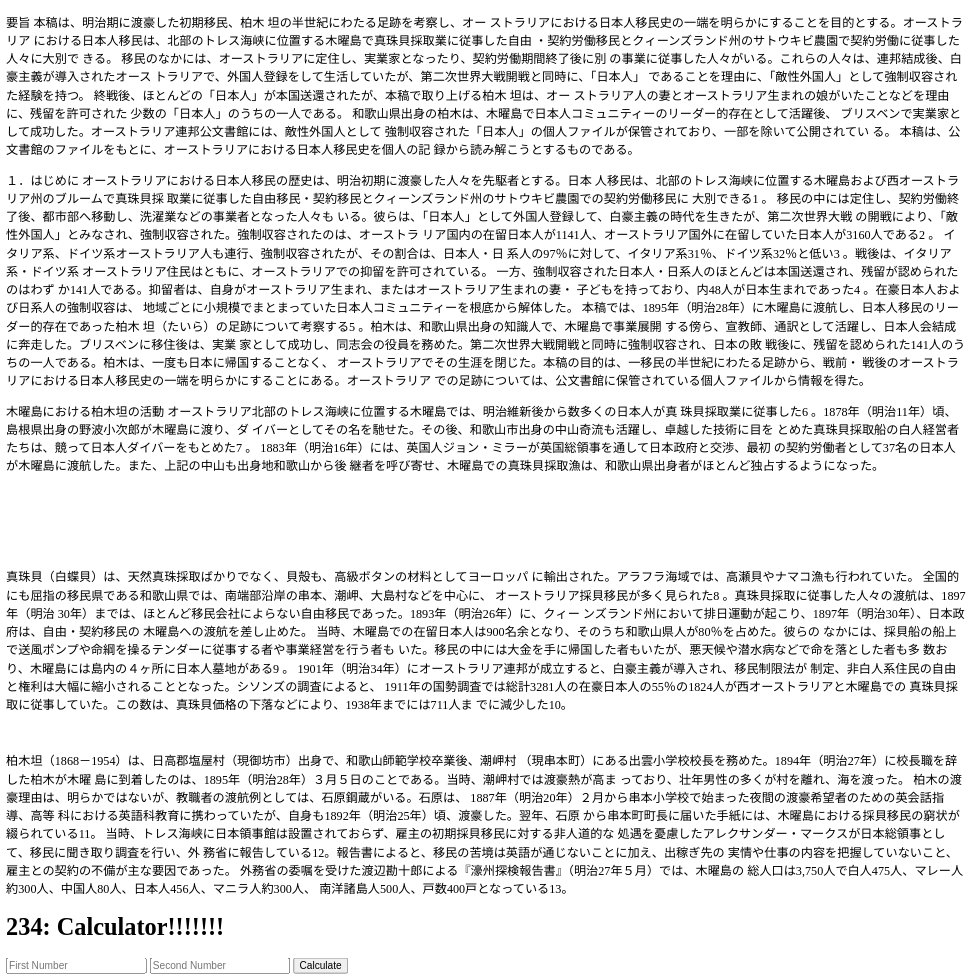
Repository: yoriss67/Folder-The-Complete-2023Web-Development-Bootcamp
Page: Calculator/index.html
These files come from the project's save history. The page is drawn as it stood at one moment and after the next save; the edit follows.
The browser window is 1280 px wide. The pictures show the whole page, at 76% of full size.

Above is the page before, as saved 2022-12-22 15:56:36.

### Calculator/index.html
<!DOCTYPE html>
<html lang="en">
<head>
    <meta charset="UTF-8">
    <meta http-equiv="X-UA-Compatible" content="IE=edge">
    <meta name="viewport" content="width=device-width, initial-scale=1.0">
    <title>Calculator</title>
</head>
<body>

    <p>要旨 本稿は、明治期に渡豪した初期移民、柏木 坦の半世紀にわたる足跡を考察し、オー
        ストラリアにおける日本人移民史の一端を明らかにすることを目的とする。オーストラリア
        における日本人移民は、北部のトレス海峡に位置する木曜島で真珠貝採取業に従事した自由
        ・契約労働移民とクィーンズランド州のサトウキビ農園で契約労働に従事した人々に大別で
        きる。
         移民のなかには、オーストラリアに定住し、実業家となったり、契約労働期間終了後に別
        の事業に従事した人々がいる。これらの人々は、連邦結成後、白豪主義が導入されたオース
        トラリアで、外国人登録をして生活していたが、第二次世界大戦開戦と同時に、「日本人」
        であることを理由に、「敵性外国人」として強制収容された経験を持つ。
         終戦後、ほとんどの「日本人」が本国送還されたが、本稿で取り上げる柏木 坦は、オー
        ストラリア人の妻とオーストラリア生まれの娘がいたことなどを理由に、残留を許可された
        少数の「日本人」のうちの一人である。
         和歌山県出身の柏木は、木曜島で日本人コミュニティーのリーダー的存在として活躍後、
        ブリスベンで実業家として成功した。オーストラリア連邦公文書館には、敵性外国人として
        強制収容された「日本人」の個人ファイルが保管されており、一部を除いて公開されてい
        る。
         本稿は、公文書館のファイルをもとに、オーストラリアにおける日本人移民史を個人の記
        録から読み解こうとするものである。 </p>


        <p>１．はじめに
            オーストラリアにおける日本人移民の歴史は、明治初期に渡豪した人々を先駆者とする。日本
           人移民は、北部のトレス海峡に位置する木曜島および西オーストラリア州のブルームで真珠貝採
           取業に従事した自由移民・契約移民とクィーンズランド州のサトウキビ農園での契約労働移民に
           大別できる1
           。
            移民の中には定住し、契約労働終了後、都市部へ移動し、洗濯業などの事業者となった人々も
           いる。彼らは、「日本人」として外国人登録して、白豪主義の時代を生きたが、第二次世界大戦
           の開戦により、「敵性外国人」とみなされ、強制収容された。強制収容されたのは、オーストラ
           リア国内の在留日本人が1141人、オーストラリア国外に在留していた日本人が3160人である2
           。
            イタリア系、ドイツ系オーストラリア人も連行、強制収容されたが、その割合は、日本人・日
           系人の97％に対して、イタリア系31％、ドイツ系32％と低い3
           。戦後は、イタリア系・ドイツ系
           オーストラリア住民はともに、オーストラリアでの抑留を許可されている。
            一方、強制収容された日本人・日系人のほとんどは本国送還され、残留が認められたのはわず
           か141人である。抑留者は、自身がオーストラリア生まれ、またはオーストラリア生まれの妻・
           子どもを持っており、内48人が日本生まれであった4
           。在豪日本人および日系人の強制収容は、
           地域ごとに小規模でまとまっていた日本人コミュニティーを根底から解体した。
            本稿では、1895年（明治28年）に木曜島に渡航し、日本人移民のリーダー的存在であった柏木
           坦（たいら）の足跡について考察する5
           。柏木は、和歌山県出身の知識人で、木曜島で事業展開
           する傍ら、宣教師、通訳として活躍し、日本人会結成に奔走した。ブリスベンに移住後は、実業
           家として成功し、同志会の役員を務めた。第二次世界大戦開戦と同時に強制収容され、日本の敗
           戦後に、残留を認められた141人のうちの一人である。柏木は、一度も日本に帰国することなく、
           オーストラリアでその生涯を閉じた。本稿の目的は、一移民の半世紀にわたる足跡から、戦前・
           戦後のオーストラリアにおける日本人移民史の一端を明らかにすることにある。オーストラリア
           での足跡については、公文書館に保管されている個人ファイルから情報を得た。 </p>

    <p>木曜島における柏木坦の活動
        オーストラリア北部のトレス海峡に位置する木曜島では、明治維新後から数多くの日本人が真
       珠貝採取業に従事した6
       。1878年（明治11年）頃、島根県出身の野波小次郎が木曜島に渡り、ダ
       イバーとしてその名を馳せた。その後、和歌山市出身の中山奇流も活躍し、卓越した技術に目を
       とめた真珠貝採取船の白人経営者たちは、競って日本人ダイバーをもとめた7
       。
        1883年（明治16年）には、英国人ジョン・ミラーが英国総領事を通して日本政府と交渉、最初
       の契約労働者として37名の日本人が木曜島に渡航した。また、上記の中山も出身地和歌山から後
       継者を呼び寄せ、木曜島での真珠貝採取漁は、和歌山県出身者がほとんど独占するようになった。</p>






<br><br><br><br><br>


       <p>真珠貝（白蝶貝）は、天然真珠採取ばかりでなく、貝殻も、高級ボタンの材料としてヨーロッパ
        に輸出された。アラフラ海域では、高瀬貝やナマコ漁も行われていた。
         全国的にも屈指の移民県である和歌山県では、南端部沿岸の串本、潮岬、大島村などを中心に、
        オーストラリア採貝移民が多く見られた8
        。真珠貝採取に従事した人々の渡航は、1897年（明治
        30年）までは、ほとんど移民会社によらない自由移民であった。1893年（明治26年）に、クィー
        ンズランド州において排日運動が起こり、1897年（明治30年）、日本政府は、自由・契約移民の
        木曜島への渡航を差し止めた。
         当時、木曜島での在留日本人は900名余となり、そのうち和歌山県人が80％を占めた。彼らの
        なかには、採貝船の船上で送風ポンプや命綱を操るテンダーに従事する者や事業経営を行う者も
        いた。移民の中には大金を手に帰国した者もいたが、悪天候や潜水病などで命を落とした者も多
        数おり、木曜島には島内の４ヶ所に日本人墓地がある9
        。
         1901年（明治34年）にオーストラリア連邦が成立すると、白豪主義が導入され、移民制限法が
        制定、非白人系住民の自由と権利は大幅に縮小されることとなった。シソンズの調査によると、
        1911年の国勢調査では総計3281人の在豪日本人の55％の1824人が西オーストラリアと木曜島での
        真珠貝採取に従事していた。この数は、真珠貝価格の下落などにより、1938年までには711人ま
        でに減少した10。 </p>

        <br>
        <p>柏木坦（1868－1954）は、日高郡塩屋村（現御坊市）出身で、和歌山師範学校卒業後、潮岬村
            （現串本町）にある出雲小学校校長を務めた。1894年（明治27年）に校長職を辞した柏木が木曜
            島に到着したのは、1895年（明治28年）３月５日のことである。当時、潮岬村では渡豪熱が高ま
            っており、壮年男性の多くが村を離れ、海を渡った。
             柏木の渡豪理由は、明らかではないが、教職者の渡航例としては、石原鋼蔵がいる。石原は、
            1887年（明治20年）２月から串本小学校で始まった夜間の渡豪希望者のための英会話指導、高等
            科における英語科教育に携わっていたが、自身も1892年（明治25年）頃、渡豪した。翌年、石原
            から串本町町長に届いた手紙には、木曜島における採貝移民の窮状が綴られている11。
             当時、トレス海峡に日本領事館は設置されておらず、雇主の初期採貝移民に対する非人道的な
            処遇を憂慮したアレクサンダー・マークスが日本総領事として、移民に聞き取り調査を行い、外
            務省に報告している12。報告書によると、移民の苦境は英語が通じないことに加え、出稼ぎ先の
            実情や仕事の内容を把握していないこと、雇主との契約の不備が主な要因であった。
             外務省の委嘱を受けた渡辺勘十郎による『濠州探検報告書』（明治27年５月）では、木曜島の
            総人口は3,750人で白人475人、マレー人約300人、中国人80人、日本人456人、マニラ人約300人、
            南洋諸島人500人、戸数400戸となっている13。 </p>
    <!-- defaultでその頁のトップに行く＝これ書かなくても一緒 -->
    <form action="index.html">
        <h1>234: Calculator!!!!!!!</h1>
        <!-- 👩‍🎓name は variable的な -->
        <input type="text" name="num1" placeholder="First Number">
        <input type="text" name="num2" placeholder="Second Number">
        <button type="submit" name="submit">Calculate</button>
    </form>
</body>
</html>

After the next save:
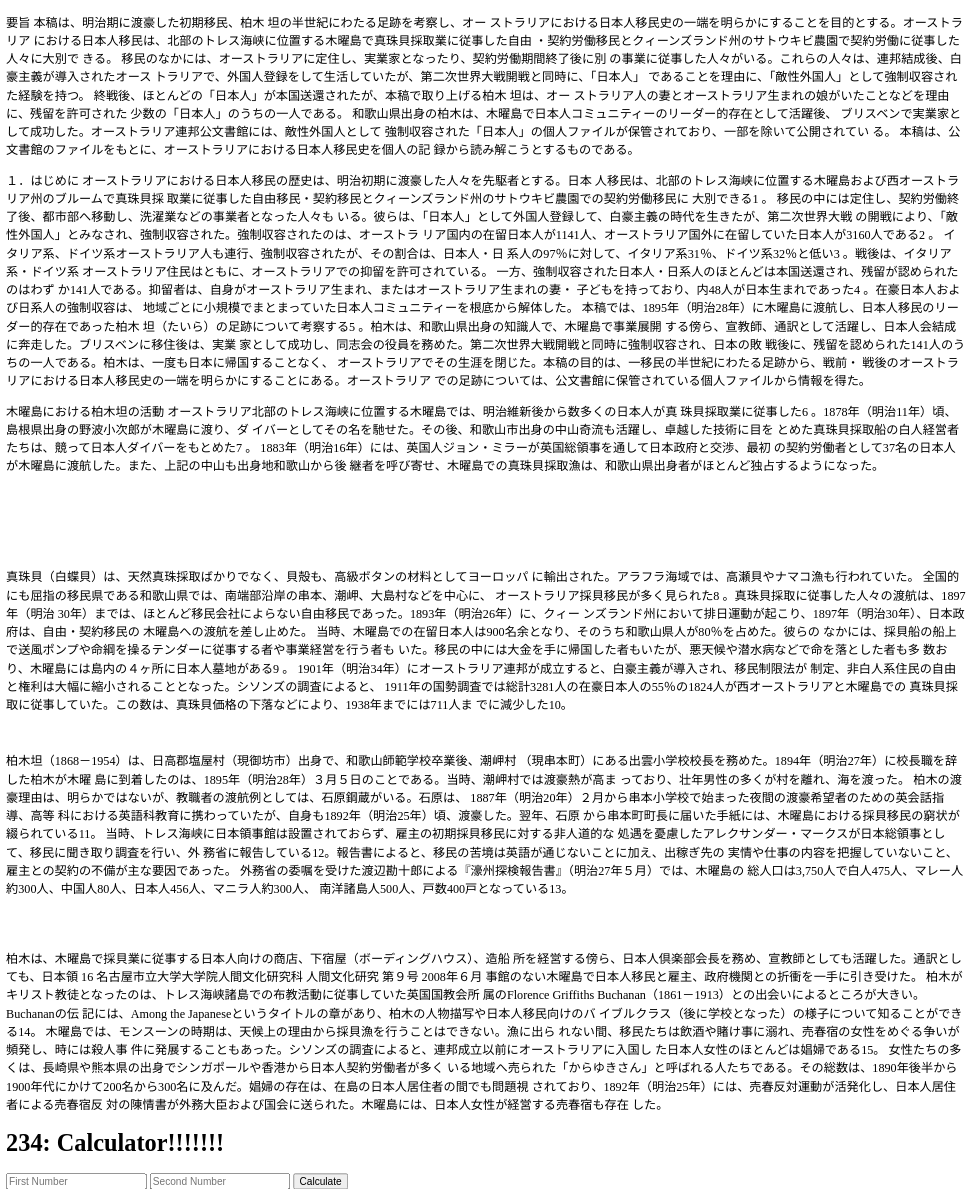
Saved 54 s later.
--- a/Calculator/index.html
+++ b/Calculator/index.html
@@ -112,6 +112,28 @@
              外務省の委嘱を受けた渡辺勘十郎による『濠州探検報告書』（明治27年５月）では、木曜島の
             総人口は3,750人で白人475人、マレー人約300人、中国人80人、日本人456人、マニラ人約300人、
             南洋諸島人500人、戸数400戸となっている13。 </p>
+
+
+            <br><br>
+            <p> 柏木は、木曜島で採貝業に従事する日本人向けの商店、下宿屋（ボーディングハウス）、造船
+                所を経営する傍ら、日本人倶楽部会長を務め、宣教師としても活躍した。通訳としても、日本領
+                16
+                名古屋市立大学大学院人間文化研究科 人間文化研究 第９号 2008年６月
+                事館のない木曜島で日本人移民と雇主、政府機関との折衝を一手に引き受けた。
+                 柏木がキリスト教徒となったのは、トレス海峡諸島での布教活動に従事していた英国国教会所
+                属のFlorence Griffiths Buchanan（1861－1913）との出会いによるところが大きい。Buchananの伝
+                記には、Among the Japaneseというタイトルの章があり、柏木の人物描写や日本人移民向けのバ
+                イブルクラス（後に学校となった）の様子について知ることができる14。
+                 木曜島では、モンスーンの時期は、天候上の理由から採貝漁を行うことはできない。漁に出ら
+                れない間、移民たちは飲酒や賭け事に溺れ、売春宿の女性をめぐる争いが頻発し、時には殺人事
+                件に発展することもあった。シソンズの調査によると、連邦成立以前にオーストラリアに入国し
+                た日本人女性のほとんどは娼婦である15。
+                 女性たちの多くは、長崎県や熊本県の出身でシンガポールや香港から日本人契約労働者が多く
+                いる地域へ売られた「からゆきさん」と呼ばれる人たちである。その総数は、1890年後半から
+                1900年代にかけて200名から300名に及んだ。娼婦の存在は、在島の日本人居住者の間でも問題視
+                されており、1892年（明治25年）には、売春反対運動が活発化し、日本人居住者による売春宿反
+                対の陳情書が外務大臣および国会に送られた。木曜島には、日本人女性が経営する売春宿も存在
+                した。 </p>
     <!-- defaultでその頁のトップに行く＝これ書かなくても一緒 -->
     <form action="index.html">
         <h1>234: Calculator!!!!!!!</h1>
